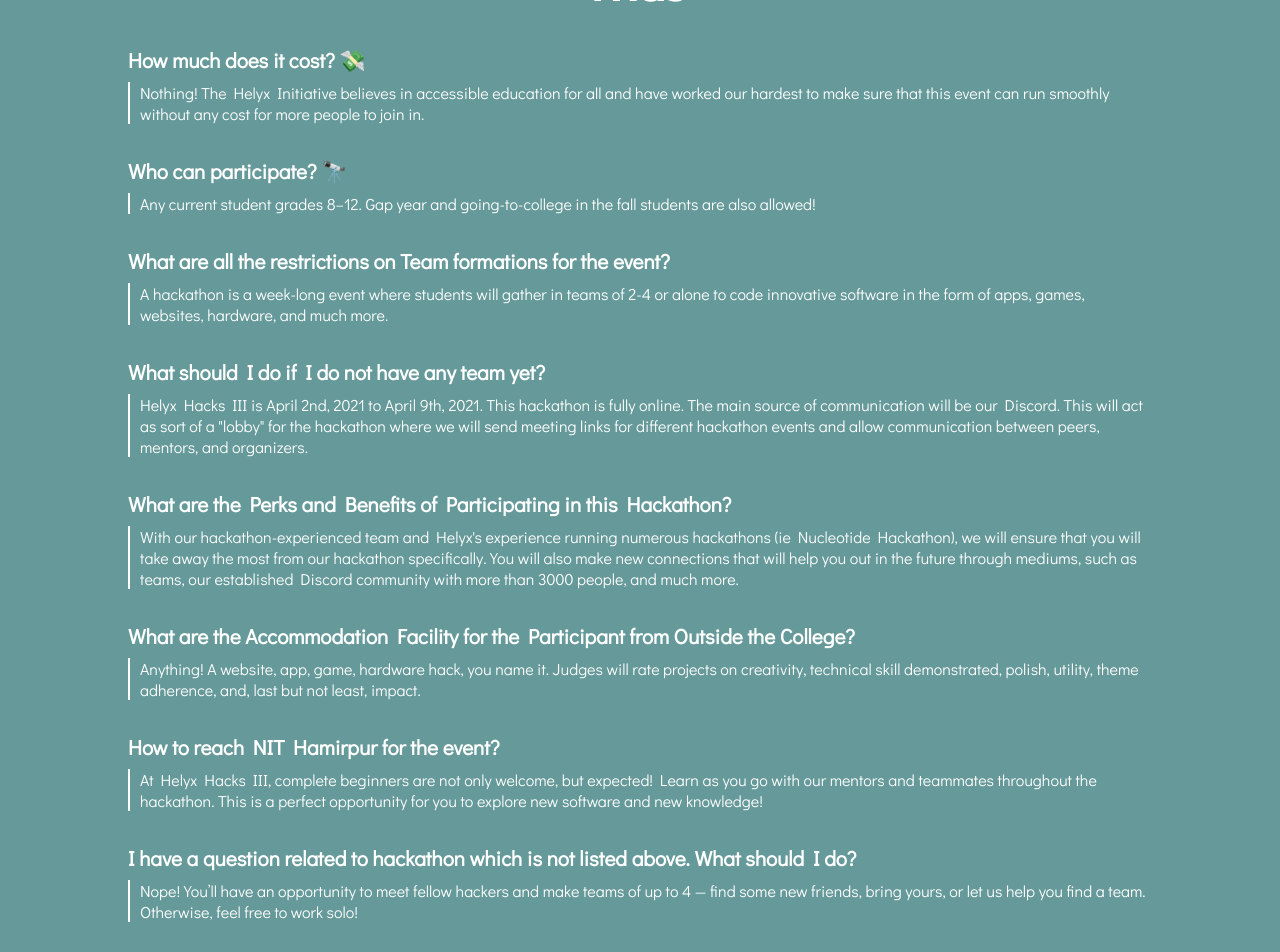
Repository: yashg4509/helyxhacksIII
Page: index.html
The author's editor kept a copy of each file at every save. The page is drawn from the files as they stood at one save, then again after the next save.
The browser window is 1280 px wide. The pictures show the part of the page from y = 2987 to 3939 px (the page is 8749 px tall).
A picture or video elsewhere on the page could not be fetched, so the positions and the page height are approximate.

Above is the page before, as saved 2021-02-17 23:18:30.

After the next save:
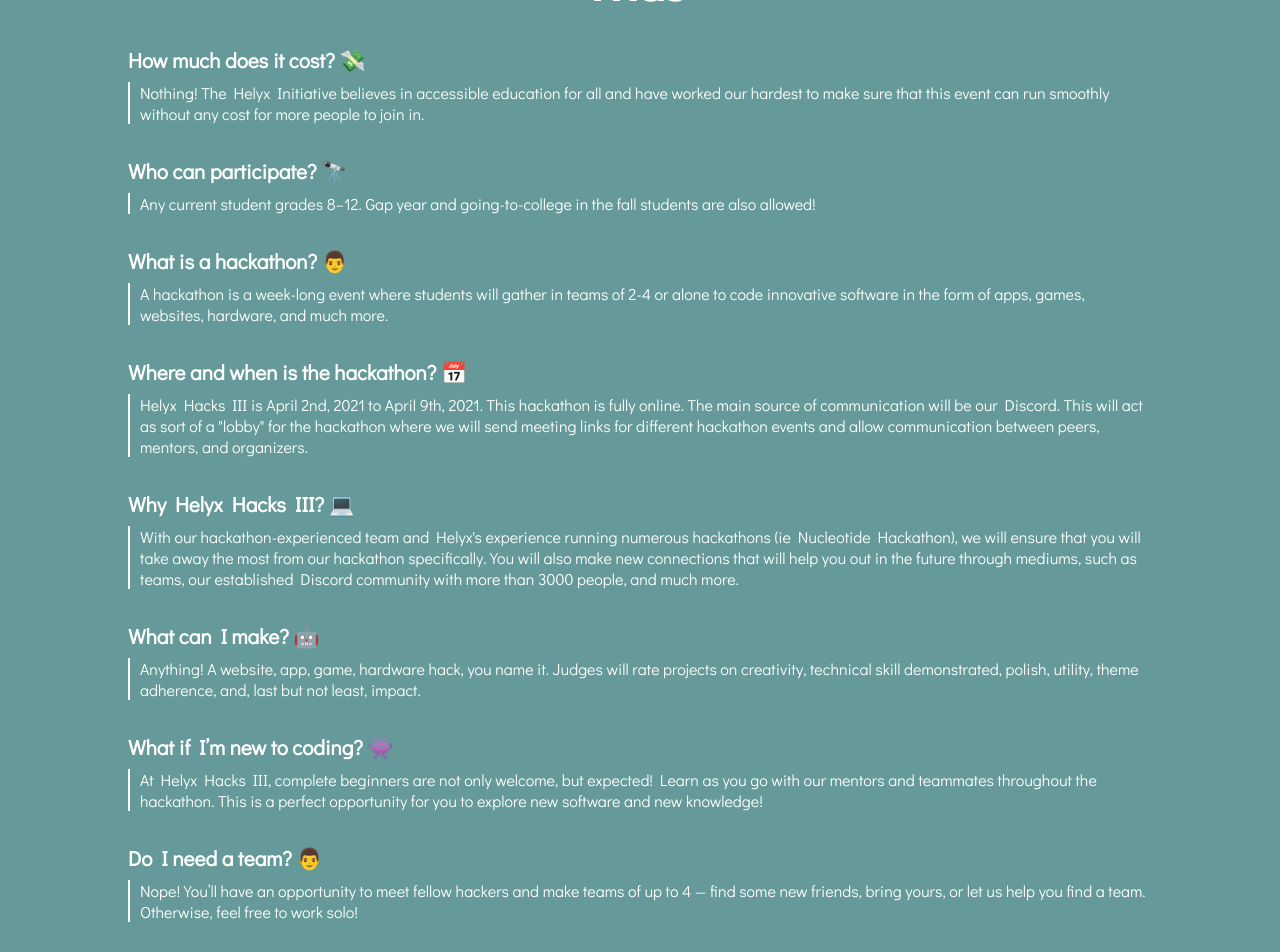
Saved 2 min 22 s later.
--- a/index.html
+++ b/index.html
@@ -217,7 +217,7 @@
 				</div>
 				<div class="faq">
 					<div class="question">
-						What are all the restrictions on Team formations for the event?
+						What is a hackathon? 👨
 					</div>
 					<div class="answer">
 						A hackathon is a week-long event where students will gather in teams of 2-4 or alone to code
@@ -226,7 +226,7 @@
 				</div>
 				<div class="faq">
 					<div class="question">
-						What should I do if I do not have any team yet?
+						Where and when is the hackathon? 📅
 					</div>
 					<div class="answer">
 						Helyx Hacks III is April 2nd, 2021 to April 9th, 2021. This hackathon is fully online. The main
@@ -237,8 +237,7 @@
 				</div>
 				<div class="faq">
 					<div class="question">
-						What are the Perks and Benefits of Participating in this Hackathon?
-					</div>
+						Why Helyx Hacks III? 💻 </div>
 					<div class="answer">
 						With our hackathon-experienced team and <a href="https://www.helyx.science/">Helyx</a>'s
 						experience running numerous hackathons (ie <a href="https://nucleotidehack.com/">Nucleotide
@@ -250,8 +249,7 @@
 				</div>
 				<div class="faq">
 					<div class="question">
-						What are the Accommodation Facility for the Participant from Outside the College?
-					</div>
+						What can I make? 🤖 </div>
 					<div class="answer">
 						Anything! A website, app, game, hardware hack, you name it. Judges will rate projects on
 						creativity, technical skill demonstrated, polish, utility, theme adherence, and, last but not
@@ -260,8 +258,7 @@
 				</div>
 				<div class="faq">
 					<div class="question">
-						How to reach NIT Hamirpur for the event?
-					</div>
+						What if I’m new to coding? 👾 </div>
 					<div class="answer">
 						At Helyx Hacks III, complete beginners are not only welcome, but expected! Learn as you go with
 						our mentors and teammates throughout the hackathon. This is a perfect opportunity for you to
@@ -270,7 +267,7 @@
 				</div>
 				<div class="faq">
 					<div class="question">
-						I have a question related to hackathon which is not listed above. What should I do?
+						Do I need a team? 👨‍
 					</div>
 					<div class="answer">
 						Nope! You’ll have an opportunity to meet fellow hackers and make teams of up to 4 — find some
@@ -279,7 +276,7 @@
 				</div>
 				<div class="faq">
 					<div class="question">
-						I have a question related to hackathon which is not listed above. What should I do?
+						What do I need? 🧳
 					</div>
 					<div class="answer">
 						All you need is a computer, WiFi, and access to the Internet to access the online platforms
@@ -288,8 +285,7 @@
 				</div>
 				<div class="faq">
 					<div class="question">
-						I have a question related to hackathon which is not listed above. What should I do?
-					</div>
+						Who runs this? Is it supervised? 👨‍ </div>
 					<div class="answer">
 						As part of <a href="http://helyx.science">The Helyx Initiative</a>, high schoolers got together
 						and organized this hackathon to spread STEM.
@@ -300,7 +296,8 @@
 						I have a question related to hackathon which is not listed above. What should I do?
 					</div>
 					<div class="answer">
-						Feel free to contact <a href="mailto:yash@helyxscience.org">yash@helyxscience.org</a> for any further questions or ask on our <a href="https://discord.gg/37k8xpf">Discord</a>.
+						Feel free to contact <a href="mailto:yash@helyxscience.org">yash@helyxscience.org</a> for any
+						further questions or ask on our <a href="https://discord.gg/37k8xpf">Discord</a>.
 					</div>
 				</div>
 			</div>
